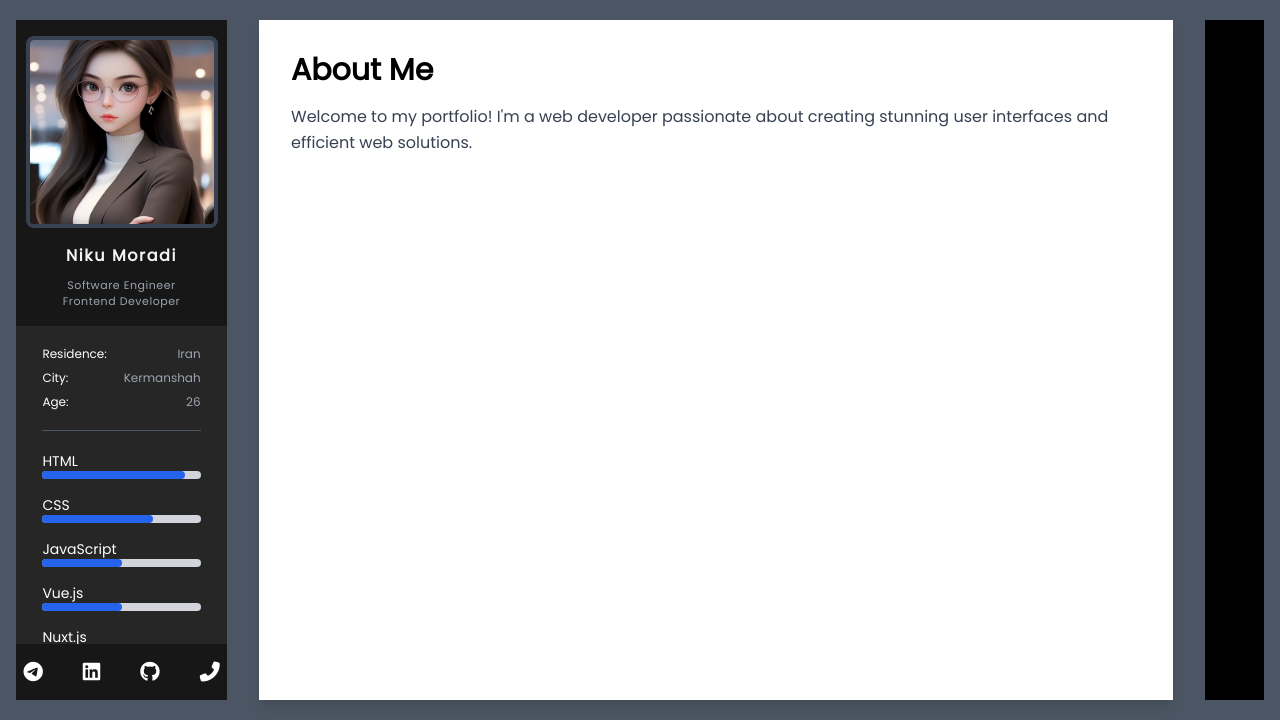
Repository: NikuMoradi/niku-moradi
Page: /
An editor plug-in stored every save of this project. The page is shown before and after the next save, followed by the edit.
The browser window is 1280 px wide. The pictures show the whole page.
The project was rebuilt for these pictures with package versions that can differ from the ones it lists, and the page was loaded fresh each time. The framework's server and built-in components were replaced by stand-ins that run in the browser. Also part of the build but not shown: nuxt.config.ts, components/Blog Posts/Component-Design.vue, components/Blog.vue, components/Contact.vue, components/Education.vue, components/Experience.vue, components/Hero.vue, components/Menu.vue and 3 more.

Above is the page before, as saved 2024-11-29 12:01:15.

After the next save:
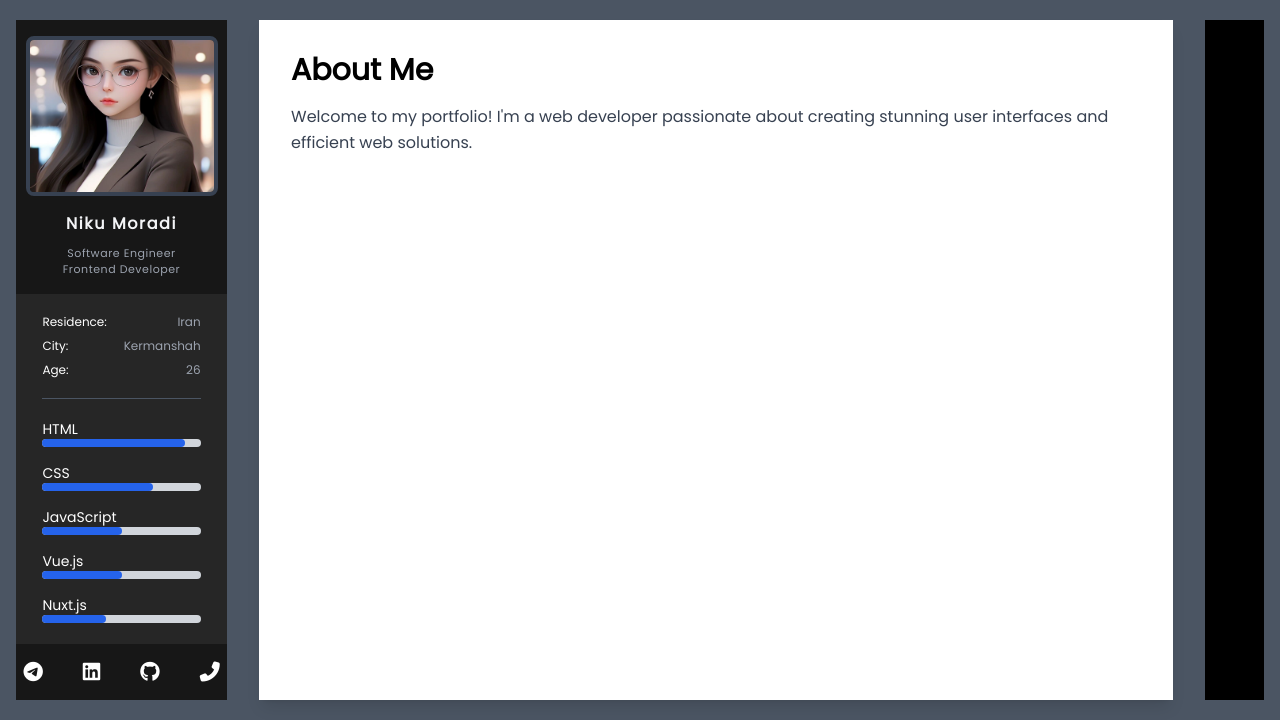
Saved 80 s later.
--- a/components/LeftPanel.vue
+++ b/components/LeftPanel.vue
@@ -10,7 +10,7 @@
       <img
         src="../assets/img/photo_2024-11-28_10-37-05.jpg"
         alt="Profile Picture"
-        class="w-48 h-48 mb-5 rounded-lg border-4 border-gray-700 object-cover object-center"
+        class="w-48 h-40 mb-5 rounded-lg border-4 border-gray-700 object-cover object-center"
       />
       <h2
         class="text-gray-100 text-[16px] font-semibold tracking-widest leading-[16.8px] mb-3"
